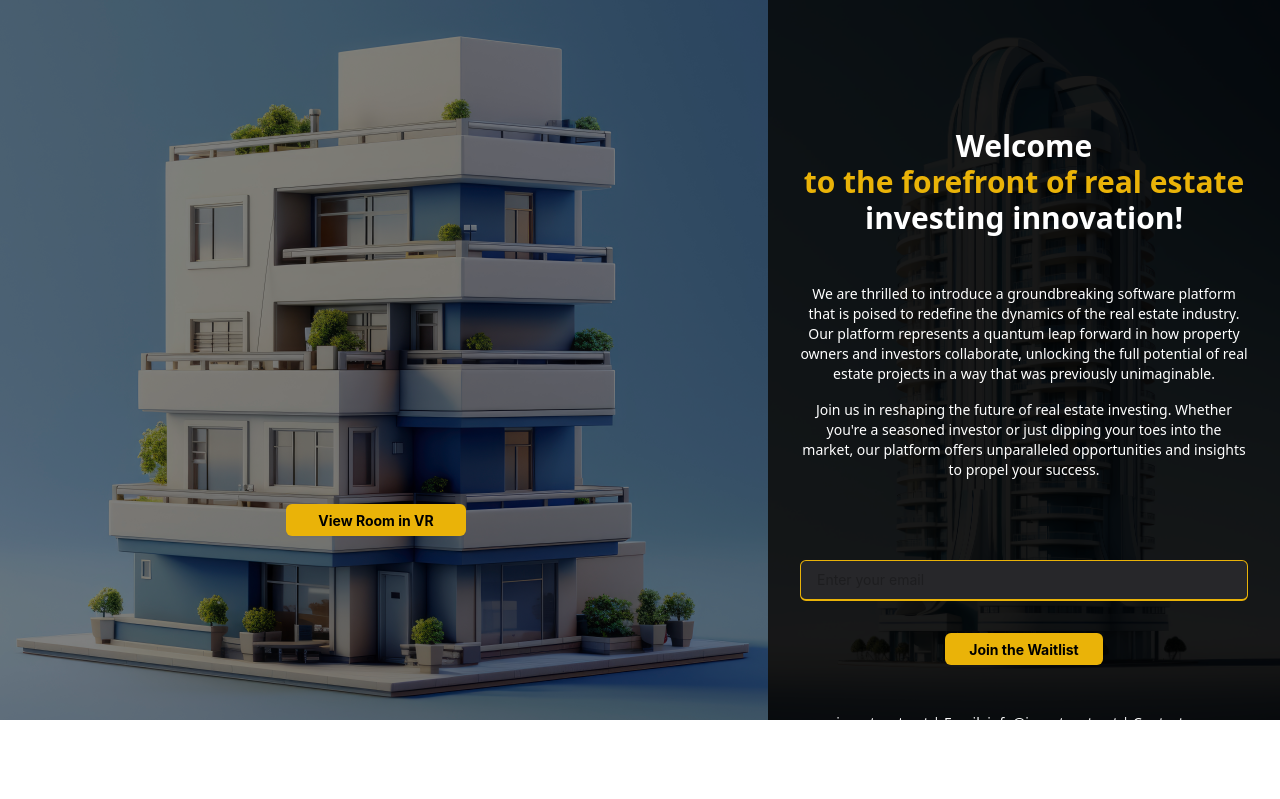
Repository: brytemenz/investnest-landing
Page: /
These files come from the project's save history. The page is drawn as it stood at one moment and after the next save; the edit follows.
The browser window is 1280 px wide. The pictures show the whole page.
The project was rebuilt for these pictures with package versions that can differ from the ones it lists, and the page was loaded fresh each time. Also part of the build but not shown: vite.config.js, src/components/ThreeDImage.jsx.

Above is the page before, as saved 2024-05-29 17:16:59.

### src/main.jsx
// src/main.jsx
import 'antd/dist/reset.css';
import './index.css';
import './landingPage.css';
import React from 'react';
import ReactDOM from 'react-dom/client';
import App from './App';

ReactDOM.createRoot(document.getElementById('root')).render(
  <React.StrictMode>
    <App />
  </React.StrictMode>
);

### src/landingPage.css
/* src/landingPage.css */
.bg-cover {
  background-size: cover;
}

.bg-center {
  background-position: center;
}


/* landingPage.css */
/* landingPage.css */
.left-image {
  height: 100%;
  background-image: url('./assets/leftimage.jpg'); /* Ensure the path is correct */
  background-size: cover;
  background-position: center;
  background-repeat: no-repeat;
}

@keyframes fadeIn {
  from {
    opacity: 0;
  }
  to {
    opacity: 1;
  }
}

.landing-page.loaded {
  animation: fadeIn 0.5s ease-in-out;
}

@keyframes fadeIn {
  from {
    opacity: 0;
  }
  to {
    opacity: 1;
  }
}

.landing-page.loaded {
  animation: fadeIn 0.5s ease-in-out;
}

.hover\:text-gold:hover {
  color: gold;
}

.hover\:px-6:hover {
  padding-left: 1.5rem;
  padding-right: 1.5rem;
}

.hover\:py-3:hover {
  padding-top: 0.75rem;
  padding-bottom: 0.75rem;
}

### src/App.jsx
// App.jsx
import React, { useState, useEffect } from 'react';
import LandingPage from './pages/landingPage';
import LoadingSpinner from './components/loadingSpinner';

const App = () => {
  const [loading, setLoading] = useState(true);

  useEffect(() => {
    // Simulate a delay to mimic loading process
    const timeout = setTimeout(() => {
      setLoading(false);
    }, 2000);

    // Clean up the timeout
    return () => clearTimeout(timeout);
  }, []);

  return (
    <>
      {loading ? <LoadingSpinner /> : <LandingPage />}
    </>
  );
};

export default App;

### src/pages/landingPage.jsx
import React, { useState, useEffect } from 'react';
import rightImage from '../assets/rightimage.jpg';
import { Button, Input, message } from 'antd';
import LoadingSpinner from '../components/loadingSpinner';
import ThreeDImage from '../components/ThreeDImage';
import Footer from '../components/footer'; // Import the Footer component
import emailjs from 'emailjs-com';

const LandingPage = () => {
  const [isLoading, setIsLoading] = useState(true);
  const [show3DModel, setShow3DModel] = useState(false);
  const [viewMode, setViewMode] = useState(null);
  const [email, setEmail] = useState('');
  const [userMessage, setUserMessage] = useState('');

  useEffect(() => {
    const timer = setTimeout(() => {
      setIsLoading(false);
    }, 2000);

    return () => clearTimeout(timer);
  }, []);

  const handleView3DModel = (mode) => {
    setShow3DModel(true);
    setViewMode(mode);
  };

  const handleEmailChange = (e) => {
    setEmail(e.target.value);
  };
  // const handleMessageChange = (e) => {
  //   setUserMessage(e.target.value);
  // };
  const handleEmailSubmit = () => {
    if (!email ) {
      message.error('Please enter email address ');
      return;
    }

    const templateParams = {
      user_email: email,
      from_name: 'New Investor',
      message: userMessage
    };

    emailjs.send('service_8mkirnz', 'template_6623vdd', templateParams, 'tySJqPuSBuoEdtfig')
      .then((response) => {
        message.success('Email successfully sent!');
        setEmail(''); // Clear the email input
      }, (error) => {
        message.error('Failed to send email, please try again later');
      });
  };

  return (
    <div className="landing-page min-h-screen flex flex-col lg:flex-row">
      {isLoading ? (
        <LoadingSpinner />
      ) : (
        <>
          <div className="w-full lg:w-3/5 relative">
            {show3DModel ? (
              <ThreeDImage modelUrl="/room.glb" mode={viewMode} />
            ) : (
              <div className="h-full relative">

                <div className="left-image">

                  <div className="absolute inset-0 bg-black bg-opacity-50 flex flex-col items-center justify-center space-y-4">

                    <Button
                      onClick={() => handleView3DModel('vr')}
                      className="bg-yellow-500 text-black px-8 rounded-md font-bold mt-80 mr-4 self-center transition duration-300 ease-in-out hover:text-yellow-500"
                      style={{ border: 'none' }}
                    >
                      View Room in VR
                    </Button>
                  </div>
                </div>
              </div>
            )}
          </div>
          <div className="w-full lg:w-2/5 relative flex flex-col justify-end">
            <div className="bg-cover bg-center h-full" style={{ backgroundImage: `url(${rightImage})` }}>
              <div className="absolute inset-0 bg-black bg-opacity-90 flex flex-col justify-start items-start text-white px-8">
                <div className="mt-32 text-left lg:text-center">

                  <h2 className="text-3xl font-bold mb-4">Welcome <br /><span className='text-yellow-500'>to the forefront of real estate </span><br />investing innovation!</h2>
                  <p className="text-sm mt-12">
                    We are thrilled to introduce a groundbreaking software platform that is poised to redefine the dynamics of the real estate industry.
                    Our platform represents a quantum leap forward in how property owners and investors collaborate, unlocking the full potential of
                    real estate projects in a way that was previously unimaginable.
                  </p>
                  <p className="text-sm mt-4">
                    Join us in reshaping the future of real estate investing. Whether you're a seasoned investor or just dipping your toes into the market,
                    our platform offers unparalleled opportunities and insights to propel your success.
                  </p>
                  <div className="mt-20 flex justify-center">
                    <Input
                      placeholder="Enter your email"
                      className="border-b-2 border-white bg-zinc-800 text-white placeholder-white::placeholder px-4 py-2 focus:outline-none focus:text-black border-yellow-500"
                      value={email}
                      onChange={handleEmailChange}

                      // placeholder="Enter your email"
                      // value={email}
                      // onChange={handleEmailChange}
                      // className="border-b-2 border-white bg-zinc-800 text-white placeholder-white::placeholder px-4 py-2 focus:outline-none focus:border-yellow-500"
                    />
                    {/* <Input.TextArea
                      placeholder="Enter your message"
                      value={userMessage}
                      onChange={handleMessageChange}
                      className="border-b-2 border-white bg-zinc-800 text-white placeholder-white::placeholder px-4 py-2 focus:outline-none focus:border-yellow-500 mt-4"  */}



                  </div>

                  <div className="mt-8 flex items-center justify-center">
                    <Button
                      className="bg-yellow-500 text-black px-6 rounded-md font-bold self-center transition duration-300 ease-in-out hover:text-yellow-500"
                      style={{ border: 'none' }}
                      onClick={handleEmailSubmit}
                    >
                      Join the Waitlist
                    </Button>
                  </div>
                </div>
                <Footer />
              </div>
            </div>
          </div>
        </>
      )}
    </div>
  );
};

export default LandingPage;

### src/components/loadingSpinner.jsx
// src/pages/LoadingSpinner.jsx
import React from 'react';
import { CircleLoader } from 'react-spinners';

const LoadingSpinner = () => {
  return (
    <div className="flex justify-center items-center min-h-screen">
      <CircleLoader color="#FFC107" />
    </div>
  );
};

export default LoadingSpinner;

### src/components/footer.jsx
import React from 'react';
import { FontAwesomeIcon } from '@fortawesome/react-fontawesome';
import { faFacebook, faLinkedin, faInstagram, faTwitter } from '@fortawesome/free-brands-svg-icons';

const Footer = () => {
  return (
    <footer className="text-sm mt-12">
      <div>
        <p>www.investnest.net | Email: info@investnest.net | Contacts: 0209156282 / 0506154295</p>
      </div>
      <div className="mt-8 flex items-center justify-center mx-auto">
        <FontAwesomeIcon icon={faFacebook} className="text-yellow mr-4 cursor-pointer" />
        <FontAwesomeIcon icon={faLinkedin} className="text-yellow mr-4 cursor-pointer" />
        <FontAwesomeIcon icon={faInstagram} className="text-yellow mr-4 cursor-pointer" />
        <FontAwesomeIcon icon={faTwitter} className="text-yellow mr-4 cursor-pointer" />
      </div>
    </footer>
  );
};

export default Footer;

Loaded but not shown: src/index.css (common file); tailwind.config.js (common file)

After the next save:
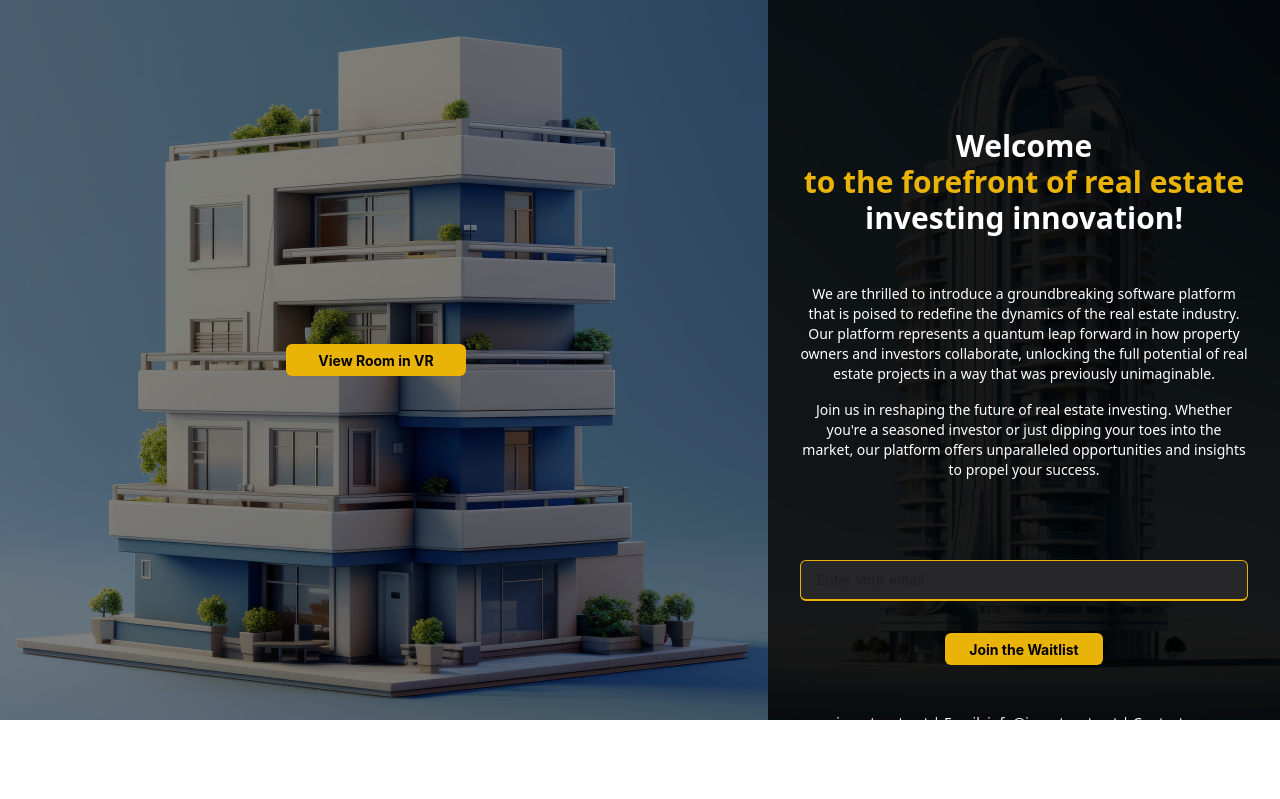
Saved 17 min 6 s later.
--- a/src/pages/landingPage.jsx
+++ b/src/pages/landingPage.jsx
@@ -29,12 +29,10 @@ const LandingPage = () => {
   const handleEmailChange = (e) => {
     setEmail(e.target.value);
   };
-  // const handleMessageChange = (e) => {
-  //   setUserMessage(e.target.value);
-  // };
+
   const handleEmailSubmit = () => {
-    if (!email ) {
-      message.error('Please enter email address ');
+    if (!email) {
+      message.error('Please enter email address');
       return;
     }
 
@@ -64,14 +62,11 @@ const LandingPage = () => {
               <ThreeDImage modelUrl="/room.glb" mode={viewMode} />
             ) : (
               <div className="h-full relative">
-
                 <div className="left-image">
-
                   <div className="absolute inset-0 bg-black bg-opacity-50 flex flex-col items-center justify-center space-y-4">
-
                     <Button
                       onClick={() => handleView3DModel('vr')}
-                      className="bg-yellow-500 text-black px-8 rounded-md font-bold mt-80 mr-4 self-center transition duration-300 ease-in-out hover:text-yellow-500"
+                      className="bg-yellow-500 text-black px-8 rounded-md font-bold mt-80 lg:mt-0 mr-4 lg:self-center transition duration-300 ease-in-out hover:text-yellow-500"
                       style={{ border: 'none' }}
                     >
                       View Room in VR
@@ -85,7 +80,6 @@ const LandingPage = () => {
             <div className="bg-cover bg-center h-full" style={{ backgroundImage: `url(${rightImage})` }}>
               <div className="absolute inset-0 bg-black bg-opacity-90 flex flex-col justify-start items-start text-white px-8">
                 <div className="mt-32 text-left lg:text-center">
-
                   <h2 className="text-3xl font-bold mb-4">Welcome <br /><span className='text-yellow-500'>to the forefront of real estate </span><br />investing innovation!</h2>
                   <p className="text-sm mt-12">
                     We are thrilled to introduce a groundbreaking software platform that is poised to redefine the dynamics of the real estate industry.
@@ -102,22 +96,8 @@ const LandingPage = () => {
                       className="border-b-2 border-white bg-zinc-800 text-white placeholder-white::placeholder px-4 py-2 focus:outline-none focus:text-black border-yellow-500"
                       value={email}
                       onChange={handleEmailChange}
-
-                      // placeholder="Enter your email"
-                      // value={email}
-                      // onChange={handleEmailChange}
-                      // className="border-b-2 border-white bg-zinc-800 text-white placeholder-white::placeholder px-4 py-2 focus:outline-none focus:border-yellow-500"
                     />
-                    {/* <Input.TextArea
-                      placeholder="Enter your message"
-                      value={userMessage}
-                      onChange={handleMessageChange}
-                      className="border-b-2 border-white bg-zinc-800 text-white placeholder-white::placeholder px-4 py-2 focus:outline-none focus:border-yellow-500 mt-4"  */}
-
-
-
                   </div>
-
                   <div className="mt-8 flex items-center justify-center">
                     <Button
                       className="bg-yellow-500 text-black px-6 rounded-md font-bold self-center transition duration-300 ease-in-out hover:text-yellow-500"
